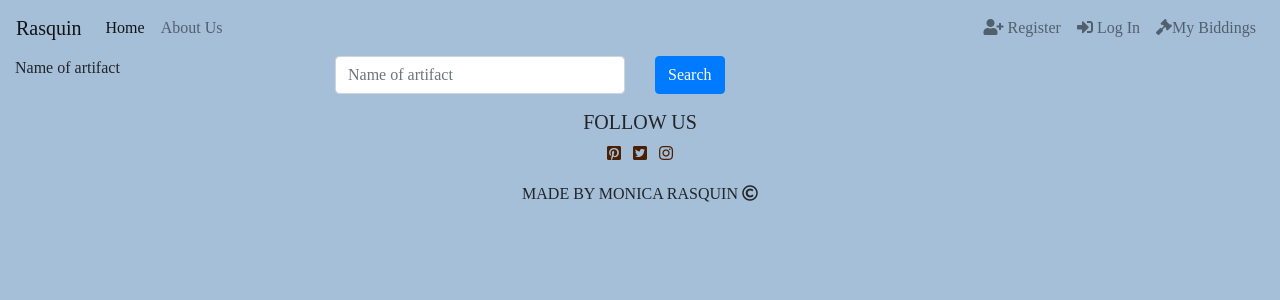
Repository: Rasquin/auction
Page: templates/base.html
The author's editor kept a record of every edit. The page is drawn from the files as they stood at one moment, then again after the next edit.
The browser window is 1280 px wide. The pictures show the whole page.
The template is drawn by Django 2.2. The application's start-up code is not run. Other server files are loaded and not shown. The template is opened directly, without the code that normally fills it, so the values that code supplies are empty.

Above is the page before.

### templates/base.html
<!DOCTYPE html>

{% load staticfiles %}

<html lang="en">

<head>
    <meta charset="UTF-8">
    <meta name="viewport" content="width=device-width, initial-scale=1.0">
    <meta http-equiv="X-UA-Compatible" content="ie=edge">

    <!-- Bootstrap compiled and minified CSS -->
    <link rel="stylesheet" href="https://stackpath.bootstrapcdn.com/bootstrap/4.3.1/css/bootstrap.min.css" integrity="sha384-ggOyR0iXCbMQv3Xipma34MD+dH/1fQ784/j6cY/iJTQUOhcWr7x9JvoRxT2MZw1T" crossorigin="anonymous">

    <!-- Font Awesome compiled and minified CSS -->
    <link rel="stylesheet" href="{% static 'font-awesome/css/all.css' %}">

    <!-- Own CSS -->
    <link rel="stylesheet" href="{% static 'css/mystyle.css' %}" type="text/css" />


    {% block head_js %}
    {% endblock head_js %}

    <title>Monica's Auction</title>
</head>


<body>
    <!-- NavBar area -  Fixed masthead -->
    <nav class="navbar navbar-expand-lg navbar-light bg-light">
        <a class="navbar-brand" href="#">Rasquin</a>
        <button class="navbar-toggler" type="button" data-toggle="collapse" data-target="#navbarSupportedContent" aria-controls="navbarSupportedContent" aria-expanded="false" aria-label="Toggle navigation">
            <span class="navbar-toggler-icon"></span>
        </button>

        <div class="collapse navbar-collapse" id="navbarSupportedContent">
            <ul class="navbar-nav mr-auto">
                <li class="nav-item active">
                    <a class="nav-link" href="{% url 'index' %}">Home <span class="sr-only">(current)</span></a>
                </li>
                <li class="nav-item">
                    <a class="nav-link" href="#">About Us</a>
                </li>
            </ul>
            <ul class="navbar-nav navbar-right">
                    {% if user.is_authenticated %}
                        <li class="nav-item">
                            <a class="nav-link" href="{% url 'profile' %}"><i class="fa fa-user"></i> Profile</a>
                        </li>
                        <li class="nav-item">
                            <a class="nav-link" href="{% url 'logout' %}"><i class="fa fa-sign-out-alt"></i> Log Out</a>
                        </li>
                    {%  else %}
                        <li class="nav-item">
                            <a class="nav-link" href="{% url 'register' %}"><i class="fa fa-user-plus"></i> Register</a>
                        </li>
                        <li class="nav-item">
                            <a class="nav-link" href="{% url 'login' %}"><i class="fa fa-sign-in-alt"></i> Log In</a>
                        </li>
                    {% endif %}
                        <li class="nav-item">
                            <a class="nav-link" href="{% url 'view_my_biddings' %}">
                                <i class="fas fa-gavel"></i>My Biddings
                                {% if product_count > 0 %}
                                <label class="badge badge-warning">{{ product_count }}</label>
                                {% endif %}
                            </a>
                        </li>

                </ul>
        </div>
    </nav>

    <!-- Messages area -->
    {% if messages %}
        <div class="alert alert-success">
            <div class="messages">
                {% for message in messages %}
                    {{ message }}
                {% endfor %}
            </div>
        </div>
    {% endif %}

    <!-- Search area -->
    <div class="container-fluid">
        <div class="row display">

            <form action="{% url 'search_by_name' %}" method="get" class="col-12">
                {% csrf_token %}
                <div class="form-group">
                    <div class="row">
                        <div class="col-12 col-md-12 col-lg-3">
                            <label for="search_by_name" > Name of artifact </label>
                        </div>
                        <div class="col-8 col-md-6 col-lg-3">
                            <input type="text" class="form-control" id="artifact_name" name="artifact_name" required placeholder="Name of artifact">
                        </div>
                        <div class="col-1">
                            <button class="btn btn-primary" type="search">Search</button>
                        </div>
                    </div>
                </div>
            </form>

        </div>
    </div>

        <!-- Block content area -->
    <div class="container-fluid">
        {% block content %} {% endblock %}
    </div>

    <!-- Footer area -->
    <footer class="container-fluid">


        <!-- SOCIAL MEDIA-->
        <div class="row ">
            <div class="col-12 text-center">
                <h5 class="text-uppercase">Follow Us</h5>
                <ul class="list-inline social-links">
                    <li class="list-inline-item"><a href="#"><i class="fab fa-pinterest-square"  aria-hidden="true"></i></a></li>
                    <li class="list-inline-item"><a href="#"><i class="fab fa-twitter-square" aria-hidden="true"></i></a></li>
                    <li class="list-inline-item"><a href="#"><i class="fab fa-instagram" aria-hidden="true"></i></a></li>
                </ul>
            </div>
        </div>

        <!--COPYRIGHT-->
        <div class="row ">
            <div class="col-12">

                <p class="text-center text-uppercase">Made by Monica Rasquin <i class="far fa-copyright"></i> </p>
            </div>
        </div>
    </footer>

    <!-- Bootstrap compiled and minified JavaScript -->
    <script src="https://code.jquery.com/jquery-3.3.1.slim.min.js" integrity="sha384-q8i/X+965DzO0rT7abK41JStQIAqVgRVzpbzo5smXKp4YfRvH+8abtTE1Pi6jizo" crossorigin="anonymous"></script>
    <script src="https://cdnjs.cloudflare.com/ajax/libs/popper.js/1.14.7/umd/popper.min.js" integrity="sha384-UO2eT0CpHqdSJQ6hJty5KVphtPhzWj9WO1clHTMGa3JDZwrnQq4sF86dIHNDz0W1" crossorigin="anonymous"></script>
    <script src="https://stackpath.bootstrapcdn.com/bootstrap/4.3.1/js/bootstrap.min.js" integrity="sha384-JjSmVgyd0p3pXB1rRibZUAYoIIy6OrQ6VrjIEaFf/nJGzIxFDsf4x0xIM+B07jRM" crossorigin="anonymous"></script>

</body>
</html>

Loaded but not shown: static/font-awesome/css/all.css (library); static/css/mystyle.css (common file)

After the next edit:
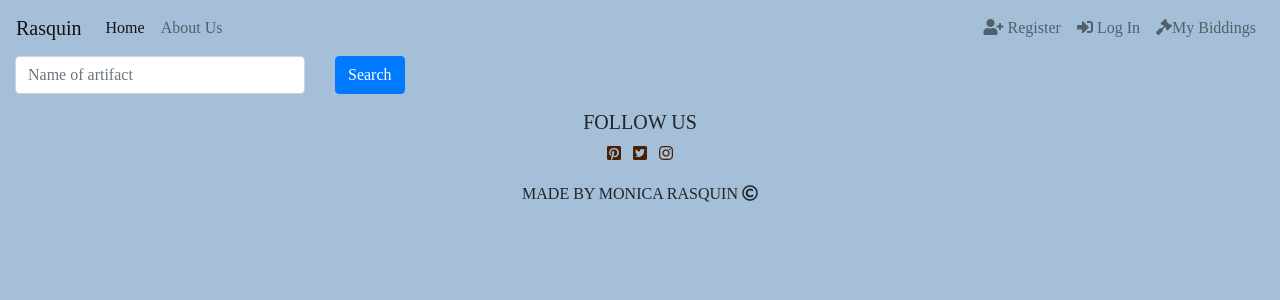
The edit:
--- a/templates/base.html
+++ b/templates/base.html
@@ -91,9 +91,6 @@
                 {% csrf_token %}
                 <div class="form-group">
                     <div class="row">
-                        <div class="col-12 col-md-12 col-lg-3">
-                            <label for="search_by_name" > Name of artifact </label>
-                        </div>
                         <div class="col-8 col-md-6 col-lg-3">
                             <input type="text" class="form-control" id="artifact_name" name="artifact_name" required placeholder="Name of artifact">
                         </div>
